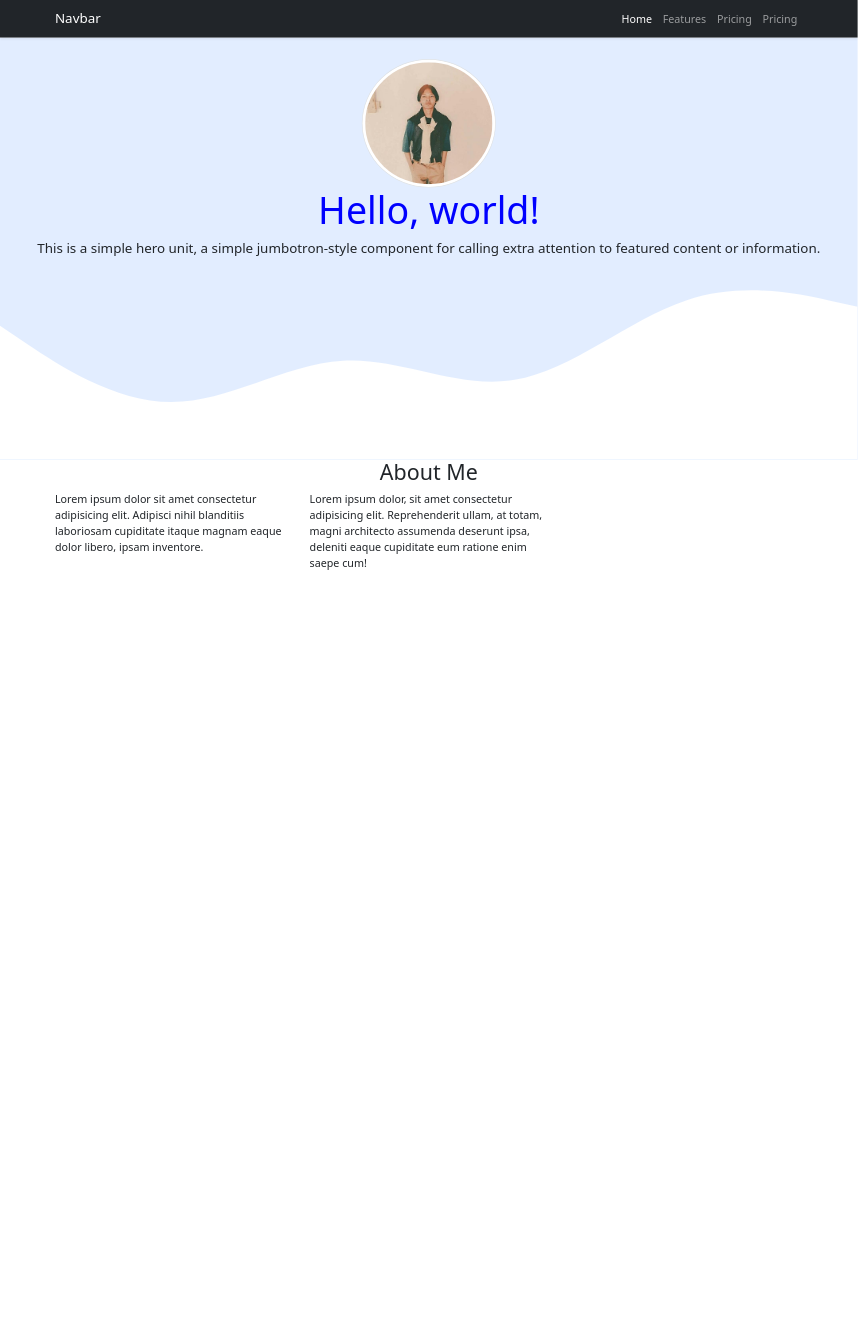
Repository: Novemberdad/gemilangtech.github.io
Page: index.html
An editor plug-in stored every save of this project. The page is shown before and after the next save, followed by the edit.
The browser window is 1280 px wide. The pictures show the whole page, at 67% of full size.

Above is the page before, as saved 2021-07-21 00:00:45.

After the next save:
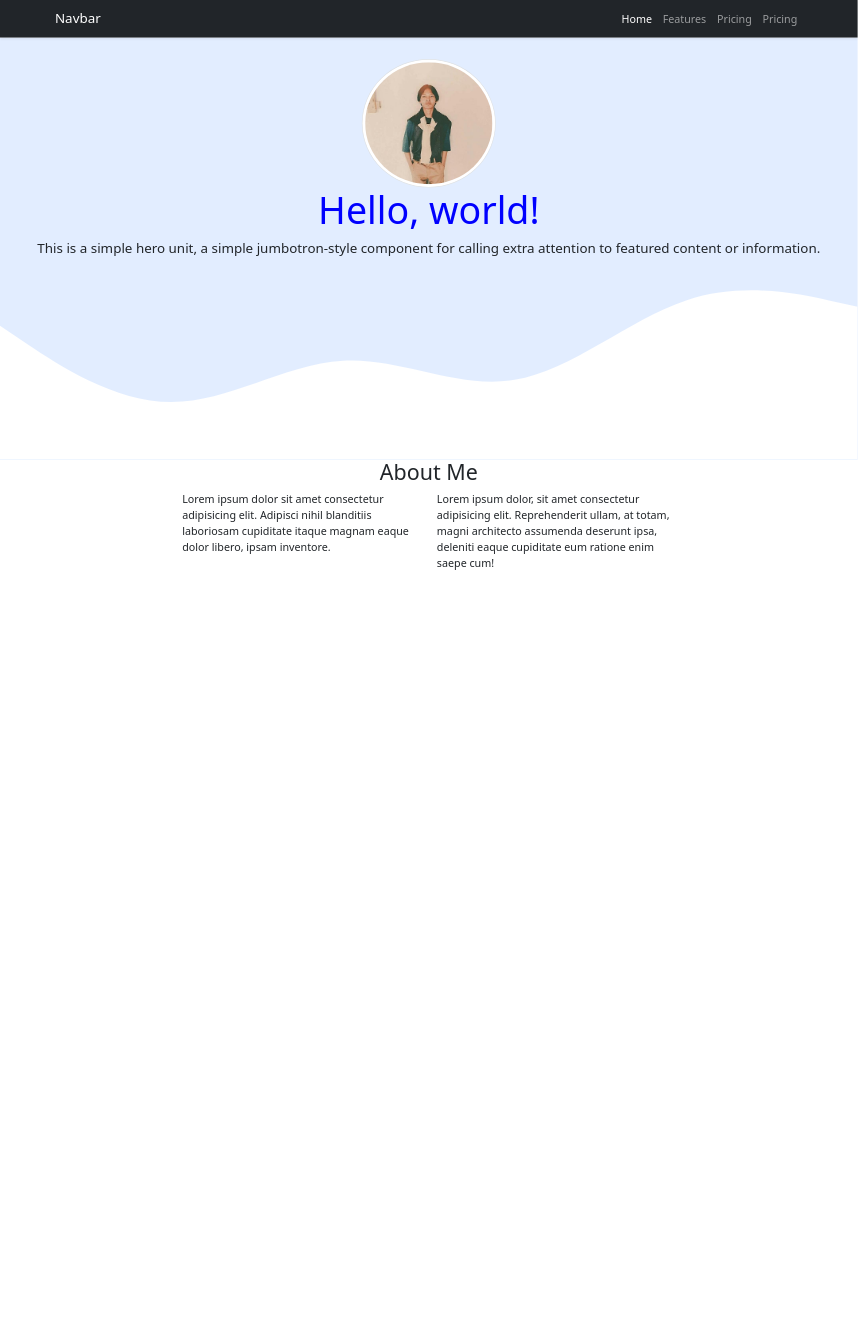
Saved 60 s later.
--- a/index.html
+++ b/index.html
@@ -71,7 +71,7 @@
                     <h2>About Me</h2>
                 </div>
             </div>
-            <div class="row">
+            <div class="row justify-content-center">
                 <div class="col-4">
                     <p>Lorem ipsum dolor sit amet consectetur adipisicing elit. Adipisci nihil blanditiis laboriosam cupiditate itaque magnam eaque dolor libero, ipsam inventore.</p>
                 </div>
